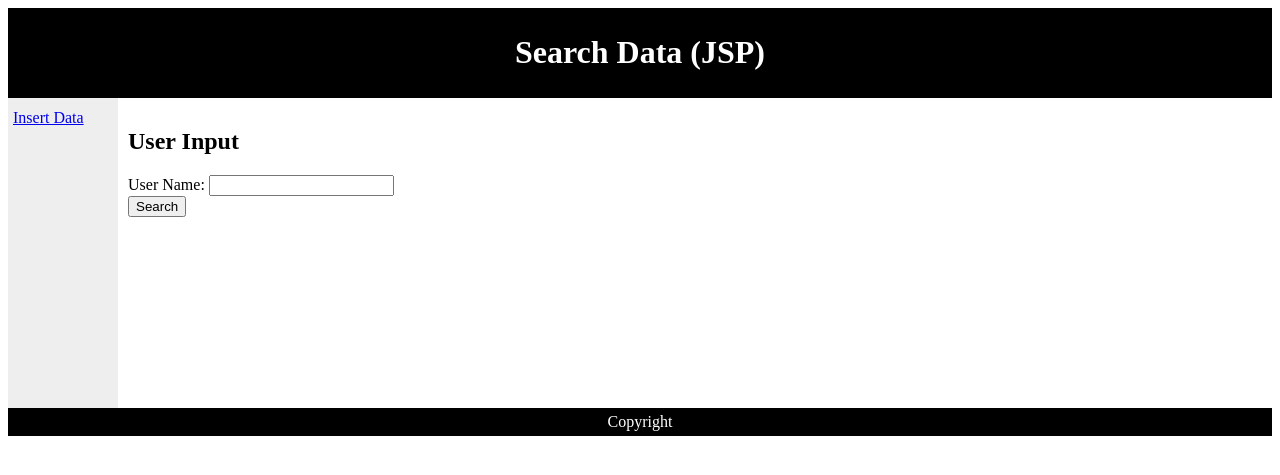
Repository: jonahnathan/techExercise
Page: webproject/src/main/webapp/simpleFormSearchJSP.html
These files come from the project's save history. The page is drawn as it stood at one moment and after the next save; the edit follows.
The browser window is 1280 px wide. The pictures show the whole page.

Above is the page before, as saved 2024-03-22 01:58:21.

### webproject/src/main/webapp/simpleFormSearchJSP.html
<html>
<head>
<style>
header {
    background-color:black;
    color:white;
    text-align:center;
    padding:5px;
}
nav {
    line-height:30px;
    background-color:#eeeeee;
    height:300px;
    width:100px;
    float:left;
    padding:5px;
}
section {
    width:350px;
    float:left;
    padding:10px;
}
footer {
    background-color:black;
    color:white;
    clear:both;
    text-align:center;
    padding:5px;
}
</style>
</head>

<body>
<header>
<h1> Search Data (JSP) </h1>
</header>

<nav>
<a href="/webproject/simpleFormInsert.html">Insert Data</a> <br>
</nav>

<section>
	<h1>User Input</h1>

	<form action="simpleFormSearchJSP.jsp" method="POST">

		User Name: <input type="text" name="keyword"> <br />

		<input type="submit" value="Search" />
	</form>

</section>

<footer>
Copyright
</footer>
</body>
</html>

After the next save:
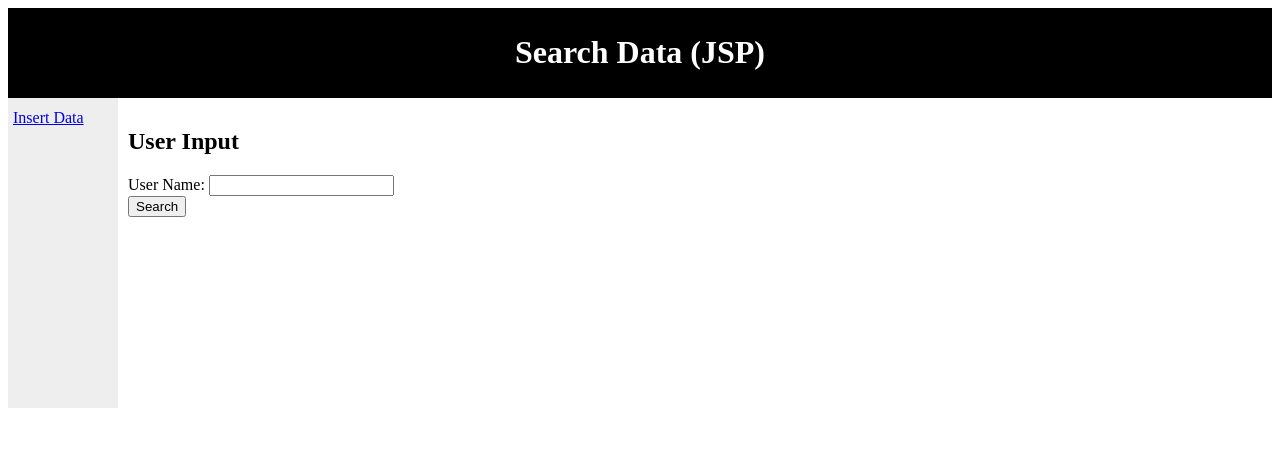
Saved 3 days later.
--- a/webproject/src/main/webapp/simpleFormSearchJSP.html
+++ b/webproject/src/main/webapp/simpleFormSearchJSP.html
@@ -51,8 +51,5 @@ footer {
 
 </section>
 
-<footer>
-Copyright
-</footer>
 </body>
 </html>
